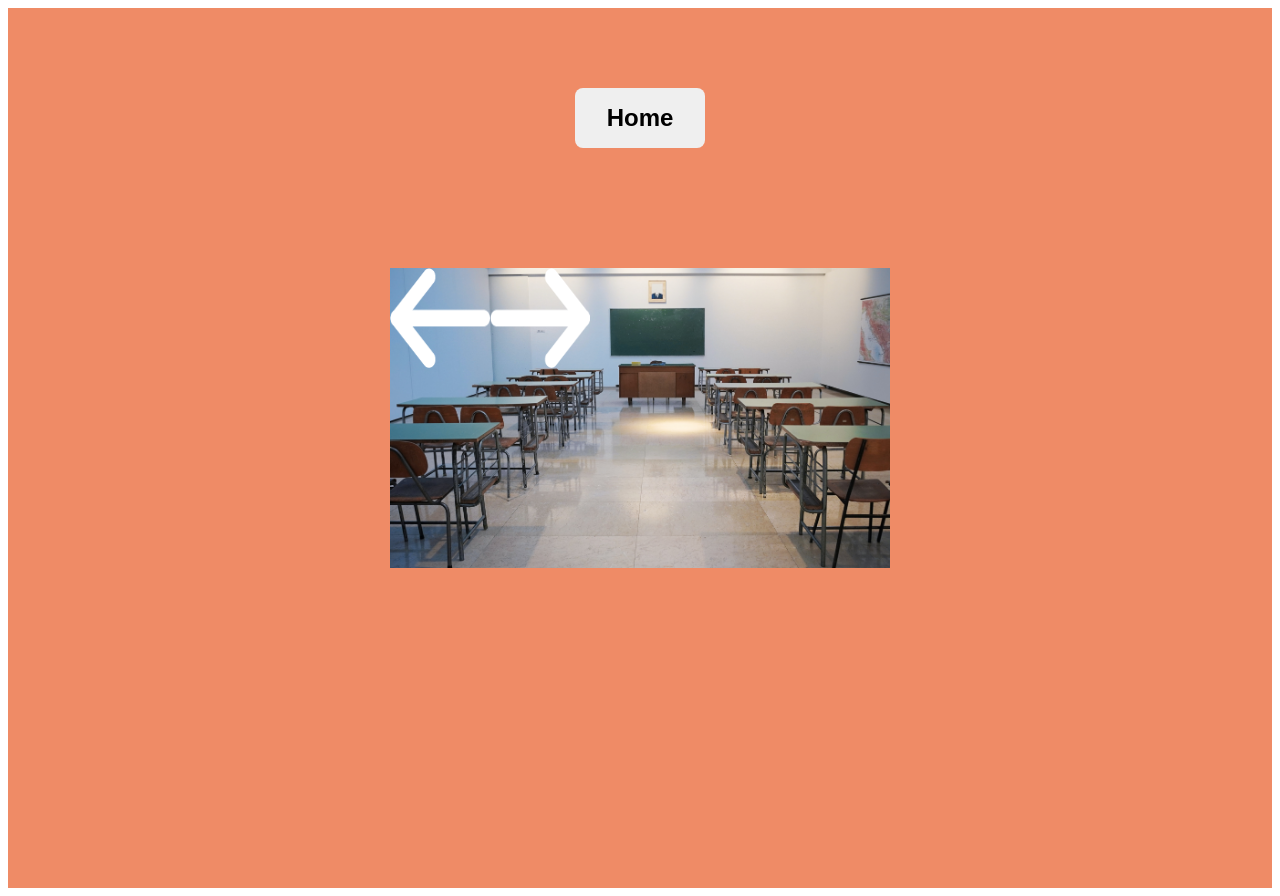
Repository: giovanabirck/class8
Page: /carouselPage
These files come from the project's save history. The page is drawn as it stood at one moment and after the next save; the edit follows.
The browser window is 1280 px wide. The pictures show the whole page.
The project was rebuilt for these pictures with package versions that can differ from the ones it lists, and the page was loaded fresh each time. The framework's server and built-in components were replaced by stand-ins that run in the browser. Also part of the build but not shown: next.config.js.

Above is the page before, as saved 2023-02-23 18:25:24.

### pages/carouselPage.js
import Carousel from "@/components/Carousel"
import Link from "next/link"
import styles from '@/styles/CarouselPage.module.css'


export default function carouselPage() {
    return (
        <>
            <main className={styles.main}>

                <div className={styles.top_back}>
                    <Link href="/">
                        <button className={styles.btn}>Home</button>
                    </Link>
                </div>

                <Carousel/>

            </main>
        </>
    )
}

### styles/globals.css
:root {
  --blue: #95CDF9;
  --green: #C3E0CF;
  --orange: #EF8B66;
  --white: #f4f9fd;
  --black: #222222;
  }

### components/Carousel/index.js
import Image from "next/image"
import { useState } from "react";
import styles from './CarouselPage.module.css'


export default function Carousel() {

    const [img, setImg] = useState(0);

    const changeImage = (change) => {
        if(change == "backward") {
            setImg(img - 1);
            if(img == 0) {
                setImg(5);
            }
            console.log(img);

        } else if(change == "forward") {
            setImg(img + 1);
            if(img == 5) {
                setImg(0)
            }
            console.log(img)
        }

    }

    return(
        <>
            <div className={styles.main} style={{
                backgroundImage: "url(/carousel-images/" + img + ".jpg)",
                backgroundSize: "cover",
                backgroundRepeat: "no-repeat",
                width: 500,
                height: 300
            }}>

                <Image
                    src={"/icons/leftArrow.png"}
                    alt={"/icons/leftArrow.png"}
                    width={100}
                    height={100}
                    onClick={() => changeImage("backward")}
                />

                <Image
                    src={"/icons/rightArrow.png"}
                    alt={"/icons/rightArrow.png"}
                    width={100}
                    height={100}
                    onClick={() => changeImage("forward")}
                />

            </div>
        </>
    )
}

### styles/CarouselPage.module.css
.main {
    display: flex;
    flex-direction: column;
    align-items: center;
    padding: 5rem;
    height: 100vh;
    font-family: Arial, Helvetica, sans-serif;
    color: var(--black);
    background-color: var(--orange);
  }

  .btn {
    font-weight: 900;
    font-size: 1.5rem;
    padding: 1rem 2rem;
    border-radius: 0.5rem;
    border-style: none;
    cursor: pointer;
  }

  .top_back {
    height: 25vh;
  }

### components/Carousel/CarouselPage.module.css
.main {
    background-size: cover;
    background-repeat: "no-repeat";
    width: 500;
    height: 300
}

Loaded but not shown: pages/_app.js (common file); pages/_document.js (common file)

After the next save:
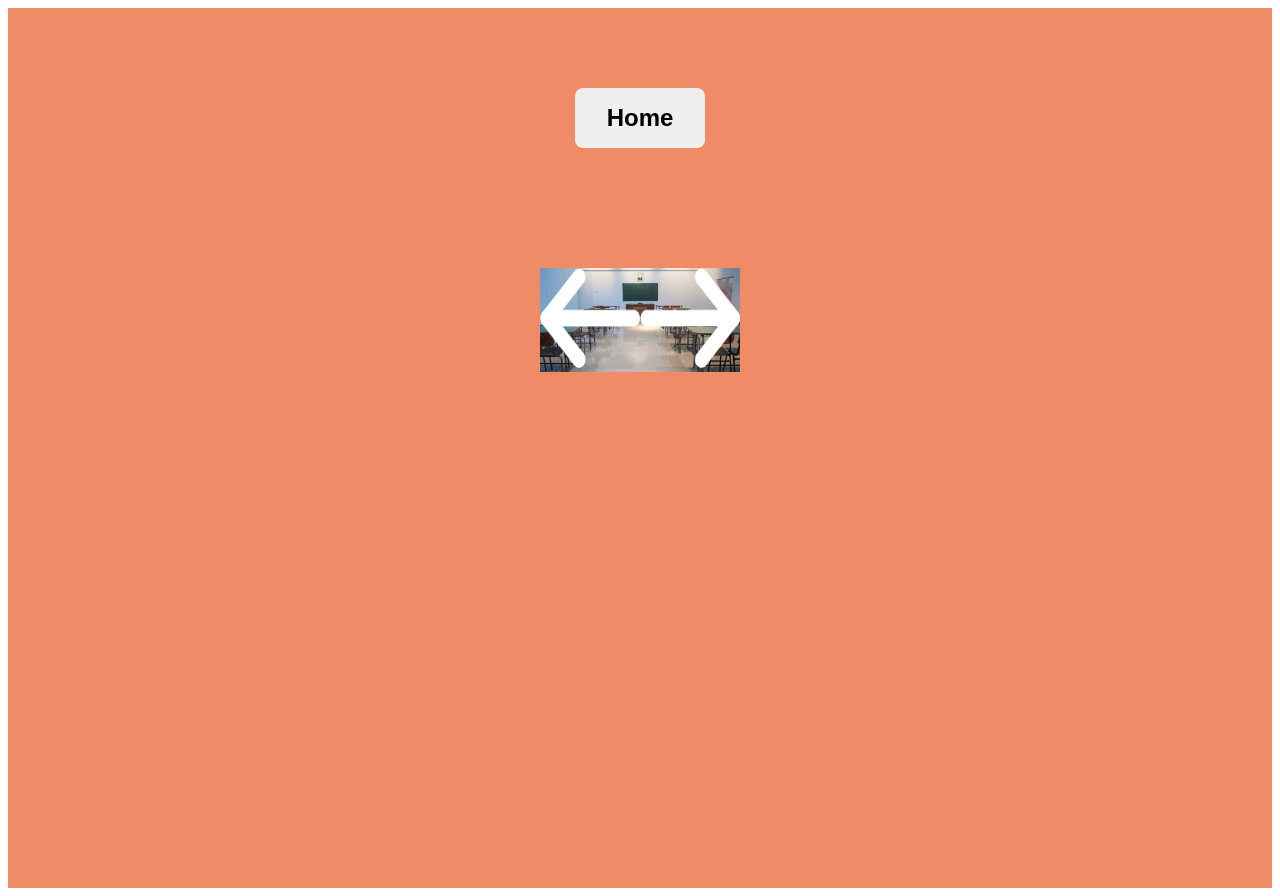
Saved 4 s later.
--- a/components/Carousel/index.js
+++ b/components/Carousel/index.js
@@ -29,10 +29,6 @@
         <>
             <div className={styles.main} style={{
                 backgroundImage: "url(/carousel-images/" + img + ".jpg)",
-                backgroundSize: "cover",
-                backgroundRepeat: "no-repeat",
-                width: 500,
-                height: 300
             }}>
 
                 <Image

After the save that followed:
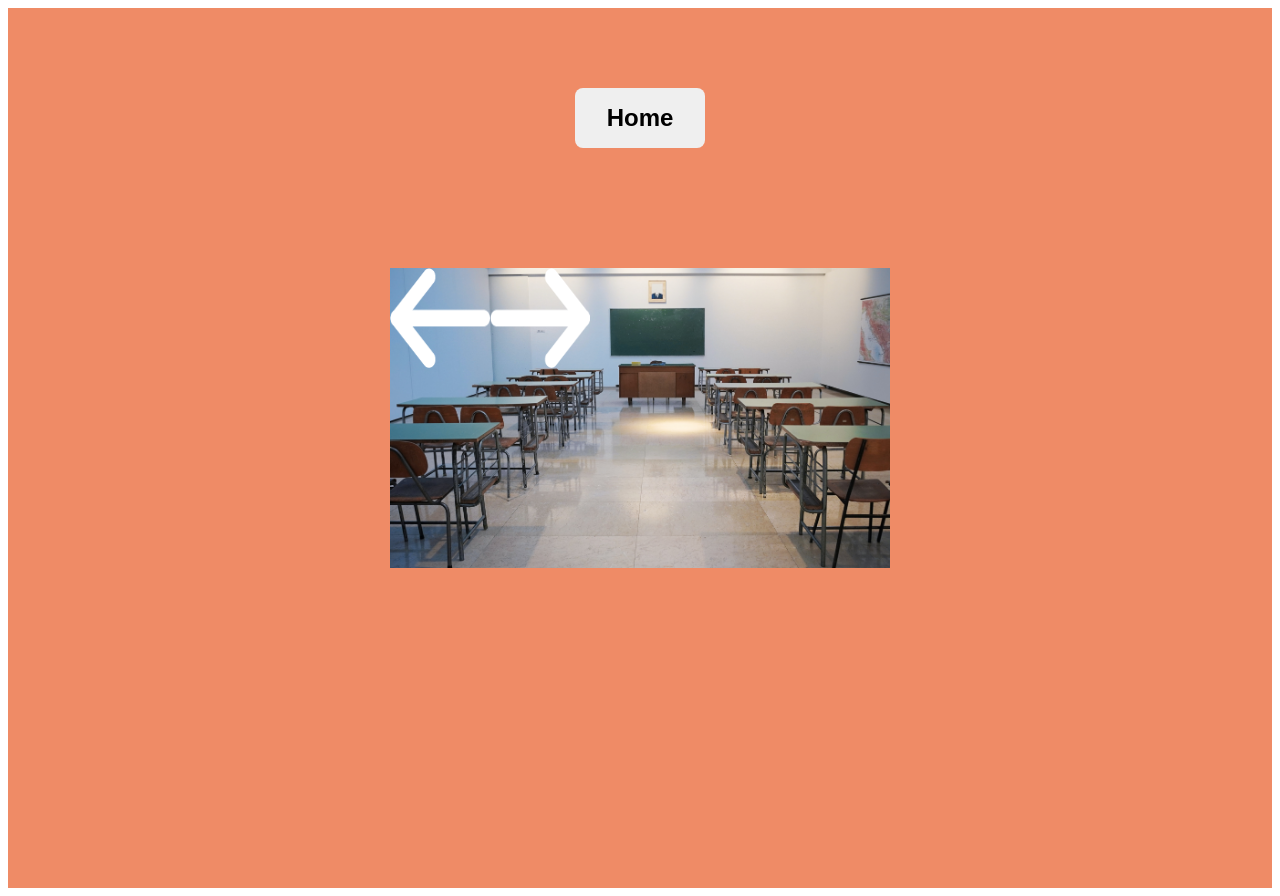
Saved 5 s later.
--- a/components/Carousel/index.js
+++ b/components/Carousel/index.js
@@ -29,6 +29,10 @@
         <>
             <div className={styles.main} style={{
                 backgroundImage: "url(/carousel-images/" + img + ".jpg)",
+                backgroundSize: "cover",
+                backgroundRepeat: "no-repeat",
+                width: 500,
+                height: 300
             }}>
 
                 <Image
